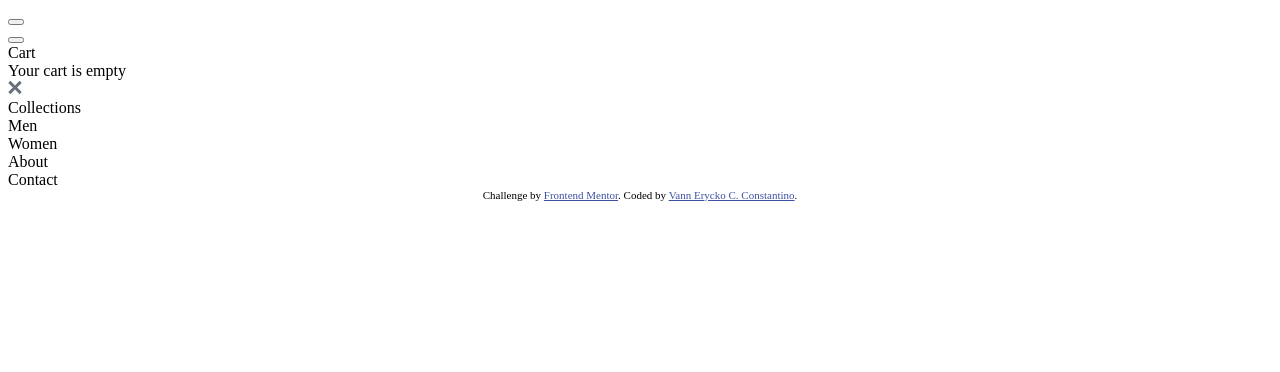
Repository: kocokoy/ecommerce-product-page
Page: src/template.html
An editor plug-in stored every save of this project. The page is shown before and after the next save, followed by the edit.
The browser window is 1280 px wide. The pictures show the whole page.
Some web fonts or font styles are not loaded; a fallback is used.

Above is the page before, as saved 2024-11-18 15:05:44.

After the next save:
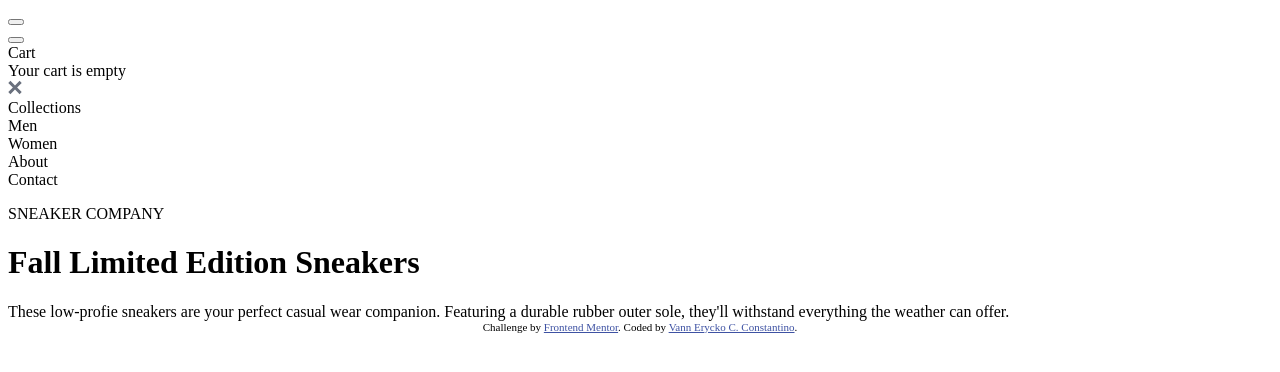
Saved 35 min 15 s later.
--- a/src/template.html
+++ b/src/template.html
@@ -42,6 +42,13 @@
       <div>About</div>
       <div>Contact</div>
     </container>
+    <container class="item-info">
+      <p>SNEAKER COMPANY</p>
+      <H1>Fall Limited Edition Sneakers</H1>
+      <div>
+        These low-profie sneakers are your perfect casual wear companion. Featuring a durable rubber outer sole, they'll withstand everything the weather can offer.
+      </div>
+    </container>
   </div>
   <div class="attribution">
     Challenge by <a href="https://www.frontendmentor.io?ref=challenge" target="_blank">Frontend Mentor</a>.
